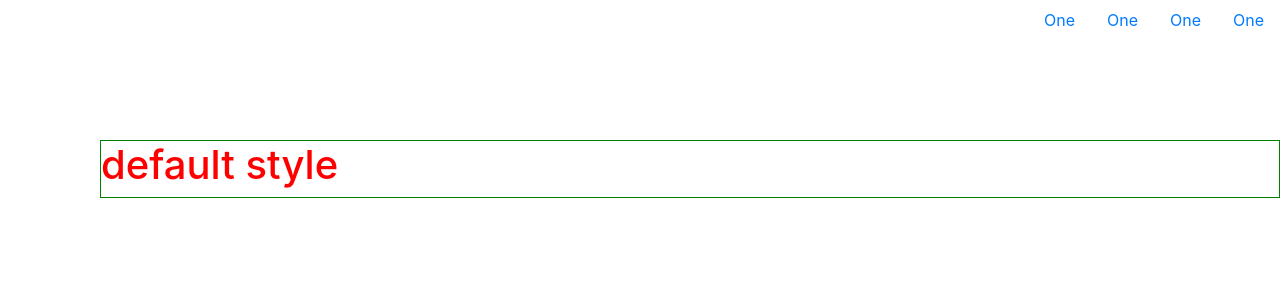
Repository: Green-Technologies-Angular/HTML
Page: index.html
An editor plug-in stored every save of this project. The page is shown before and after the next save, followed by the edit.
The browser window is 1280 px wide. The pictures show the whole page.
Some web libraries are served in a nearby version.

Above is the page before, as saved 2019-01-29 10:22:22.

After the next save:
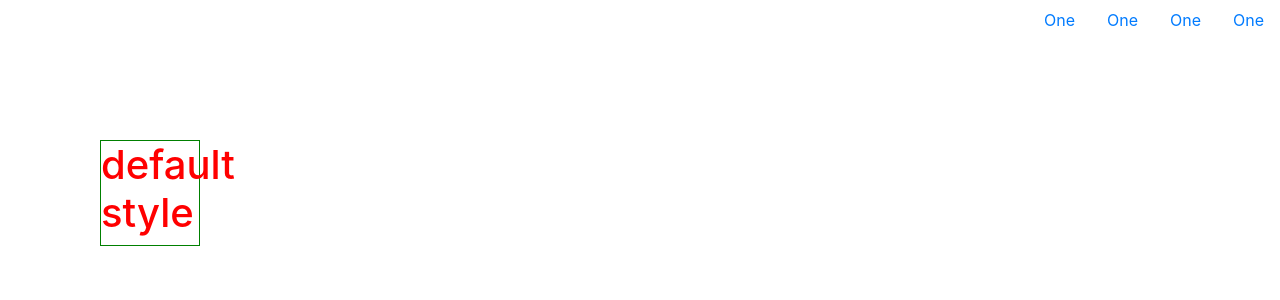
Saved 9 s later.
--- a/index.html
+++ b/index.html
@@ -11,7 +11,7 @@
                 margin-top:100px;
                 margin-left:100px;
                 border:1px solid green;
-                width:auto;
+                width:100px;
             }
         </style>
 </head>
